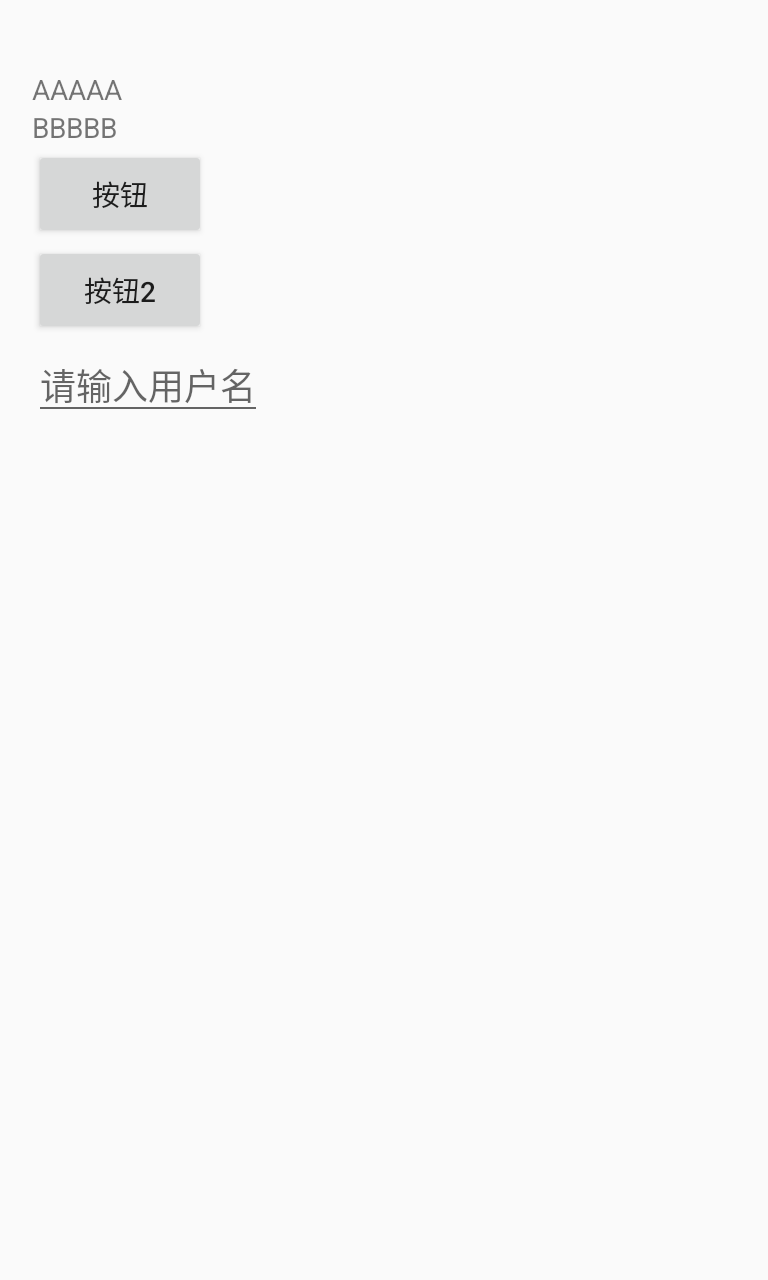
Repository: zzznn/Android_and_java
Layout: work/Day0202/res/layout/activity_main.xml
An editor plug-in stored every save of this project. The layout is shown before and after the next save, followed by the edit.
It is drawn on a 768 x 1280 px phone screen (xhdpi) without system bars, with theme AppTheme; the app's code is not run.

Above is the layout before, as saved 2018-01-03 09:12:36.

After the next save:
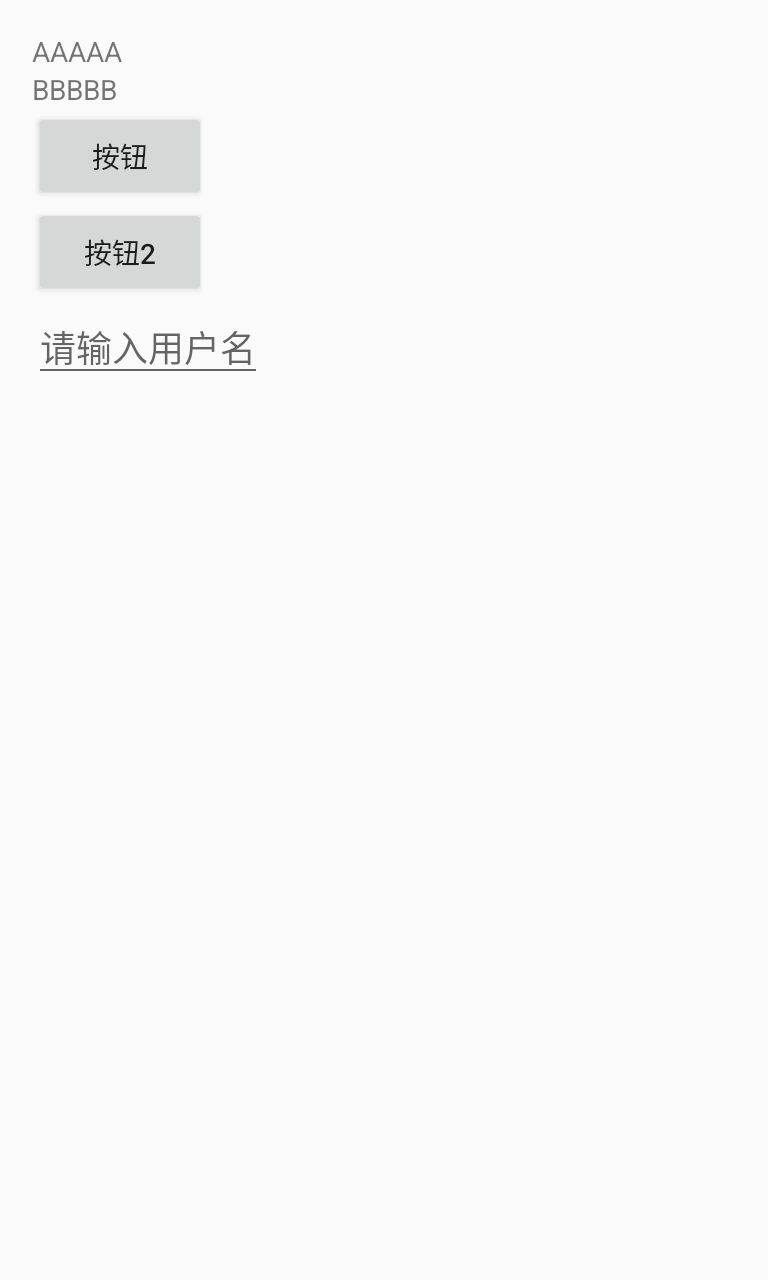
Saved 9 s later.
--- a/work/Day0202/res/layout/activity_main.xml
+++ b/work/Day0202/res/layout/activity_main.xml
@@ -9,11 +9,7 @@
     android:orientation="vertical"
     tools:context="com.Kevin.day0202.MainActivity" >
 
-    <TextView
-        android:id="@+id/tv"
-        android:layout_width="wrap_content"
-        android:layout_height="wrap_content"
-        />
+
     <TextView
         android:id="@+id/tv_sec"
         android:layout_width="wrap_content"
